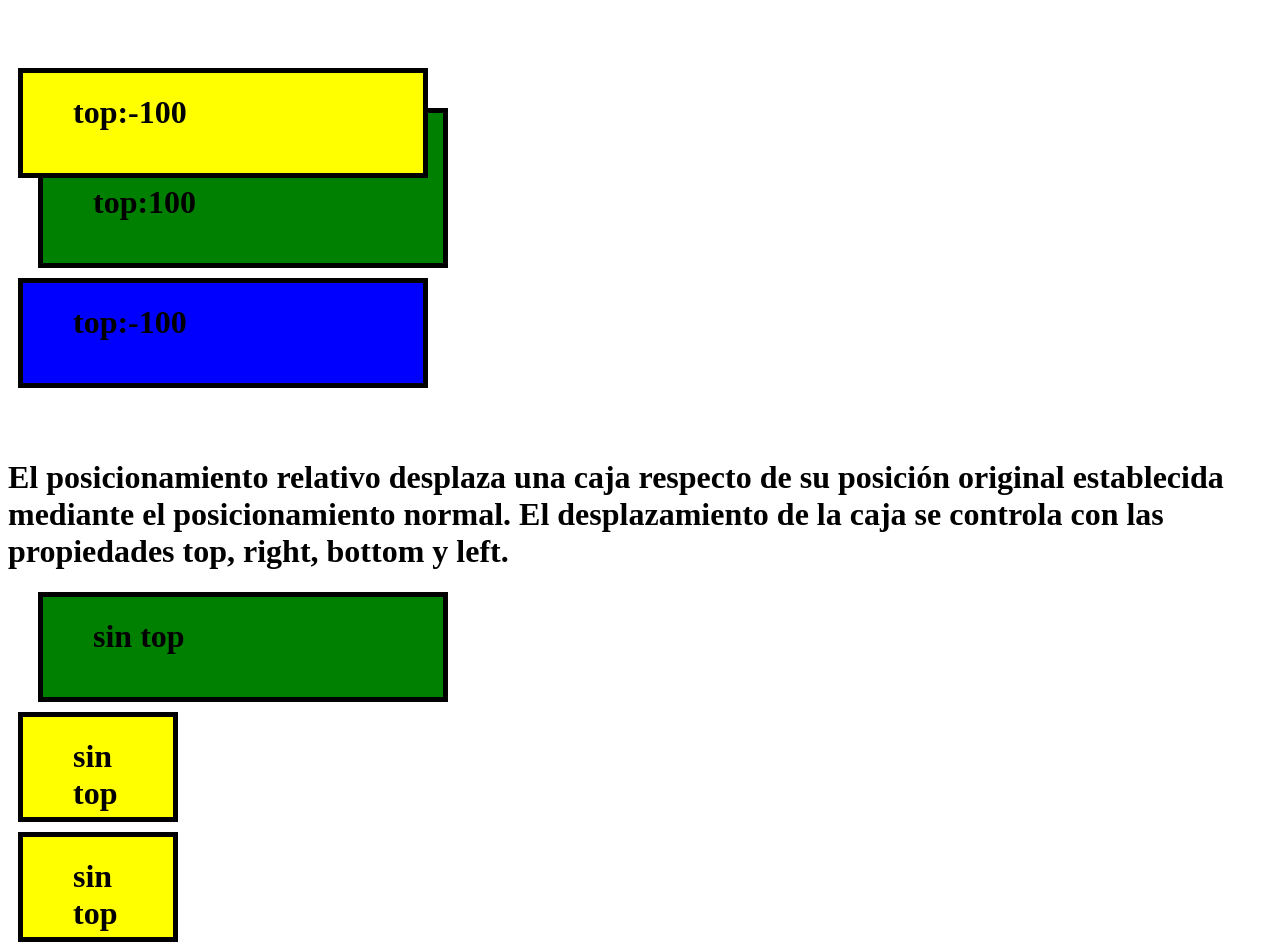
Repository: antonio63j/misNotas
Page: software/CSS/Demos/aptana_proyect/src/relativo.html
These files come from the project's save history. The page is drawn as it stood at one moment and after the next save; the edit follows.
The browser window is 1280 px wide. The pictures show the whole page.

Above is the page before, as saved 2017-04-23 17:13:30.

### software/CSS/Demos/aptana_proyect/src/relativo.html
<!DOCTYPE html>
<html>
<head>
<style>

#caja1 {
  position:relative;
  top:100px;
  left:20px;
  width: 300px;
  height:100px;
  padding-left:  50px;
  padding-right: 50px;
  margin-left:   10px;
  margin-right:  10px;
  border: 5px solid black;
  padding-top: 50px;
  background-color:green;
}

#caja2 {
  position:relative;
  top:-100px;
  width: 300px;
  height:100px;
  padding-left:  50px;
  padding-right: 50px;
  margin-left:   10px;
  margin-right:  10px;
  border: 5px solid black;
  margin-bottom:50px;
  background-color:yellow;
}

#caja3 {
  position:relative;
  top:-50px;
  width: 300px;
  height:100px;
  padding-left:  50px;
  padding-right: 50px;
  margin-left:   10px;
  margin-right:  10px;
  border: 5px solid black;
  margin-bottom:10px;
  background-color: blue;
}

#caja11 {
  position:relative;
  left:20px;
  width: 300px;
  height:100px;
  padding-left:  50px;
  padding-right: 50px;
  margin-left:   10px;
  margin-right:  10px;
  border: 5px solid black;
  margin-bottom:10px;
  background-color:green;
}

#caja22 {
  position:relative;

  width: 50px;
  height:100px;
  padding-left:  50px;
  padding-right: 50px;
  margin-left:   10px;
  margin-right:  10px;
  border: 5px solid black;
  margin-bottom:10px;
  background-color:yellow;
}

#caja33 {
  position:relative;

  width: 50px;
  height:100px;
  padding-left:  50px;
  padding-right: 50px;
  margin-left:   10px;
  margin-right:  10px;
  border: 5px solid black;
  margin-bottom:10px;
  background-color:yellow;
}


</style>
</head>



<body>

<div id="caja1"><h1>top:100</h1></div>
<div id="caja2"><h1>top:-100</h1></div>
<div id="caja3"><h1>top:-100</h1></div>

<h1>El posicionamiento relativo desplaza una caja respecto de su posición original establecida mediante el posicionamiento normal. El desplazamiento de la caja se controla con las propiedades top, right, bottom y left.</h1>

<div id="caja11"><h1>sin top</h1></div>
<div id="caja22"><h1>sin top</h1></div>
<div id="caja33"><h1>sin top</h1></div>

</body>

</html>

After the next save:
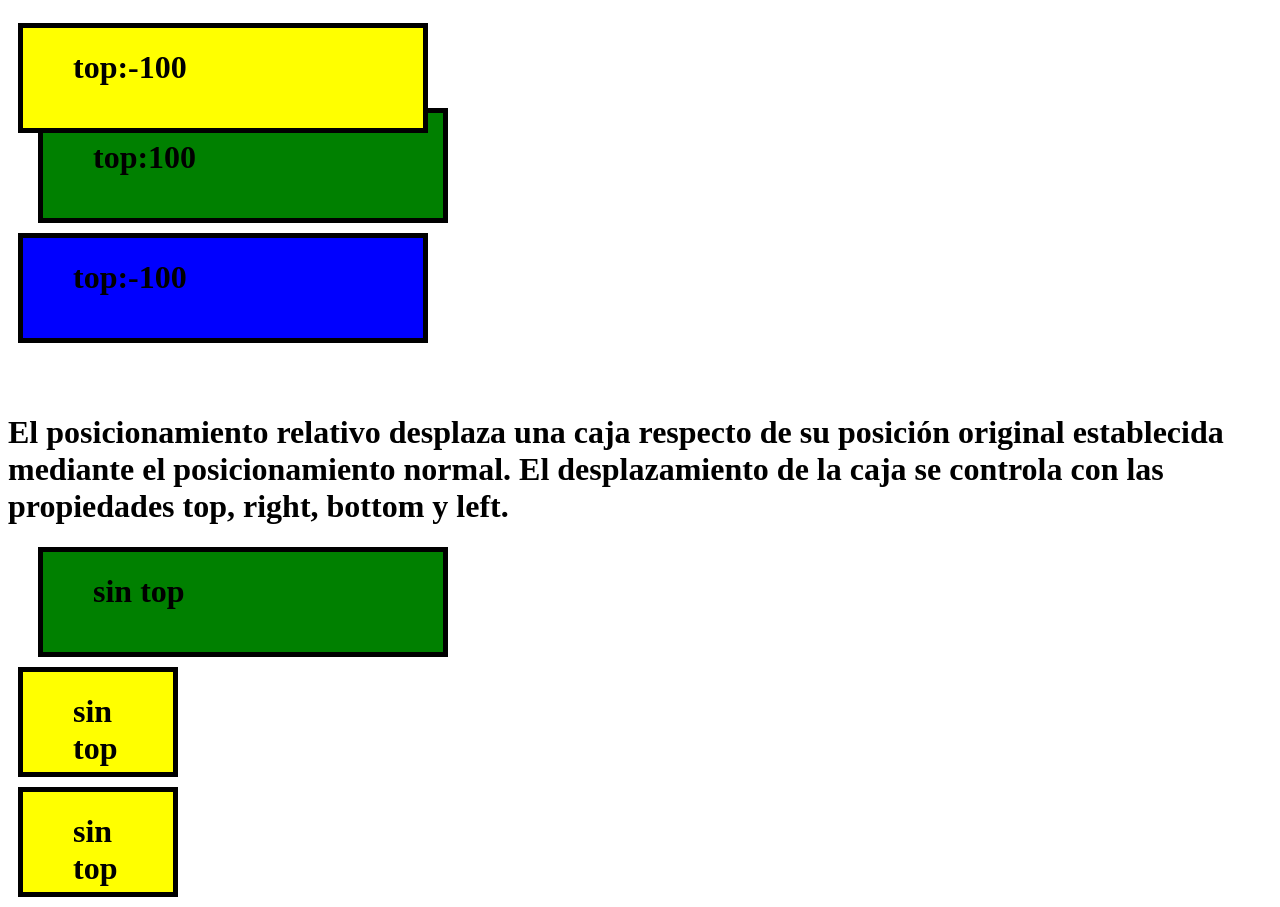
Saved 105 s later.
--- a/software/CSS/Demos/aptana_proyect/src/relativo.html
+++ b/software/CSS/Demos/aptana_proyect/src/relativo.html
@@ -14,7 +14,7 @@
   margin-left:   10px;
   margin-right:  10px;
   border: 5px solid black;
-  padding-top: 50px;
+  padding-top: 5px;
   background-color:green;
 }
 

After the save that followed:
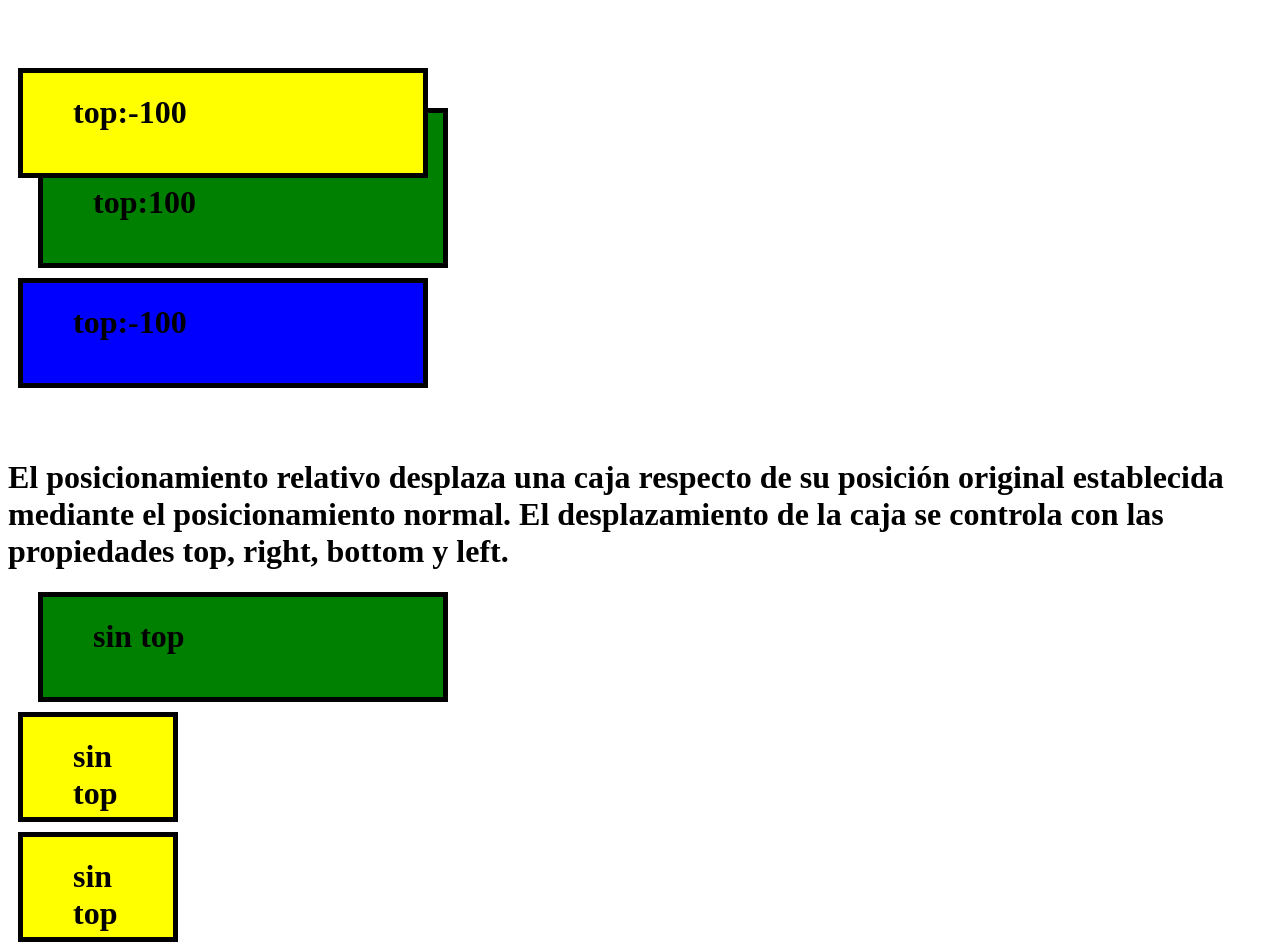
Saved 19 s later.
--- a/software/CSS/Demos/aptana_proyect/src/relativo.html
+++ b/software/CSS/Demos/aptana_proyect/src/relativo.html
@@ -14,7 +14,7 @@
   margin-left:   10px;
   margin-right:  10px;
   border: 5px solid black;
-  padding-top: 5px;
+  padding-top: 50px;
   background-color:green;
 }
 
